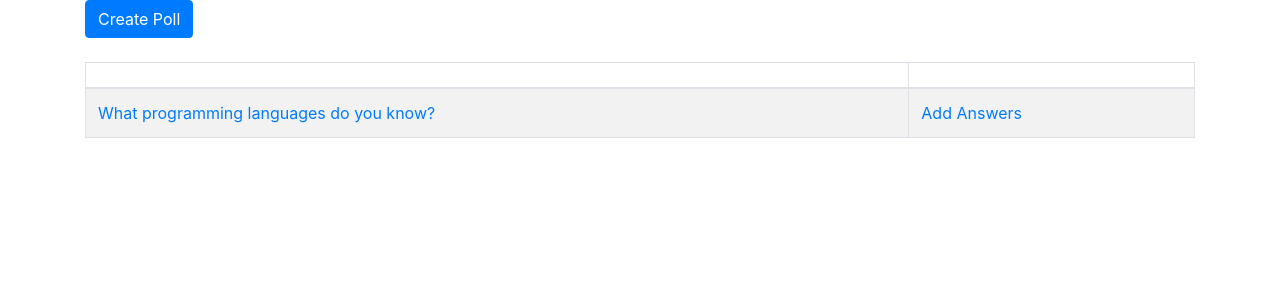
Repository: Thangtran1100/School-Stuff
Page: http://localhost/midtermPractice/ListPoll
These files come from the project's save history. The page is drawn as it stood at one moment and after the next save; the edit follows.
The browser window is 1280 px wide. The pictures show the whole page.
The page is served by Tomcat 9.

Above is the page before, as saved 2023-04-04 00:34:08.

After the next save:
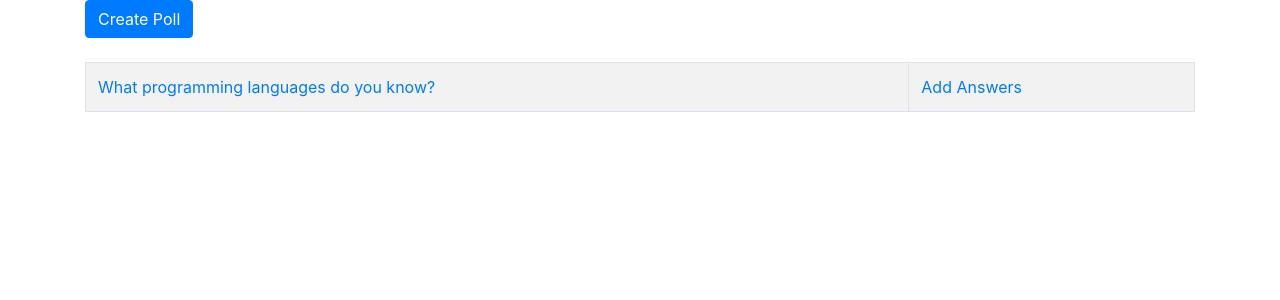
Saved 14 s later.
--- a/Spring 2023/CS3220/Practice/midtermPractice/src/main/webapp/ListPoll.jsp
+++ b/Spring 2023/CS3220/Practice/midtermPractice/src/main/webapp/ListPoll.jsp
@@ -19,12 +19,7 @@
 		<br>
 
 		<table class="table table-striped table-bordered">
-			<thead>
-				<tr>
-					<th></th>
-					<th></th>
-				</tr>
-			</thead>
+
 
 			<tbody>
 				<c:forEach var="poll" items="${polls}">
